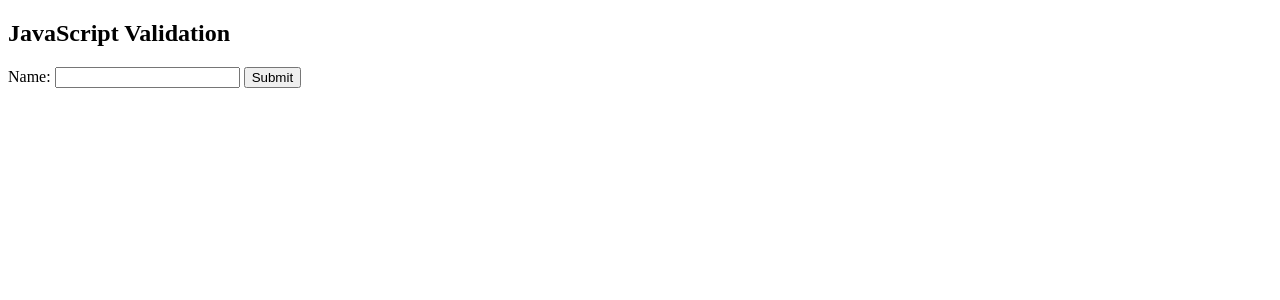
Repository: AwareSelf/JavaTrainingPublic
Page: 15Sep/webapp_1sepbatch/HtmlJSWeb/src/main/webapp/form_validation1.html
These files come from the project's save history. The page is drawn as it stood at one moment and after the next save; the edit follows.
The browser window is 1280 px wide. The pictures show the whole page.

Above is the page before, as saved 2022-09-13 12:33:45.

### 15Sep/webapp_1sepbatch/HtmlJSWeb/src/main/webapp/form_validation1.html
<!DOCTYPE html>
<html>
<head>
<script>
function validateForm() {
  let x = document.forms["myForm"]["fname"].value;
  if (x == "") {
    alert("Name must be filled out");
    return false;
  }
}
</script>
</head>
<body>

<h2>JavaScript Validation</h2>

<form name="myForm" action="/action_page.php" onsubmit="return validateForm()" method="post">
  Name: <input type="text" name="fname">
  <input type="submit" value="Submit">
</form>

</body>
</html>

After the next save:
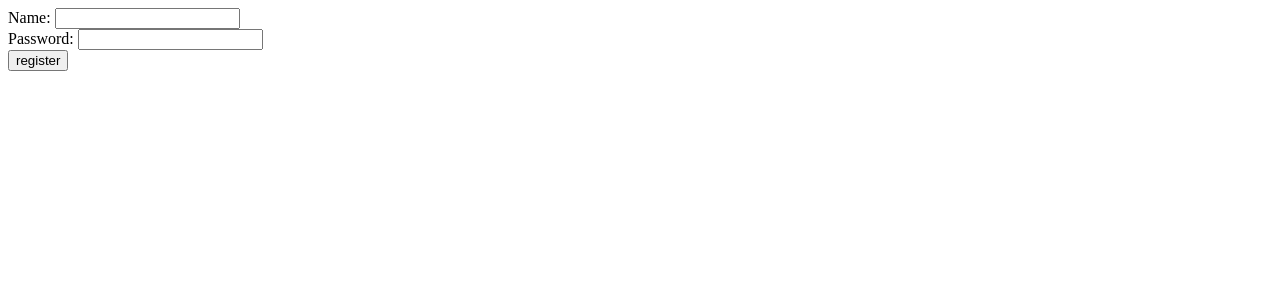
Saved 61 s later.
--- a/15Sep/webapp_1sepbatch/HtmlJSWeb/src/main/webapp/form_validation1.html
+++ b/15Sep/webapp_1sepbatch/HtmlJSWeb/src/main/webapp/form_validation1.html
@@ -1,24 +1,20 @@
-<!DOCTYPE html>
-<html>
-<head>
 <script>
-function validateForm() {
-  let x = document.forms["myForm"]["fname"].value;
-  if (x == "") {
-    alert("Name must be filled out");
-    return false;
+function validateform(){
+var name=document.myform.name.value;
+var password=document.myform.password.value;
+
+if (name==null || name==""){
+  alert("Name can't be blank");
+  return false;
+}else if(password.length<6){
+  alert("Password must be at least 6 characters long.");
+  return false;
   }
 }
 </script>
-</head>
 <body>
-
-<h2>JavaScript Validation</h2>
-
-<form name="myForm" action="/action_page.php" onsubmit="return validateForm()" method="post">
-  Name: <input type="text" name="fname">
-  <input type="submit" value="Submit">
+<form name="myform" method="post" action="abc.jsp" onsubmit="return validateform()" >
+Name: <input type="text" name="name"><br/>
+Password: <input type="password" name="password"><br/>
+<input type="submit" value="register">
 </form>
-
-</body>
-</html>
